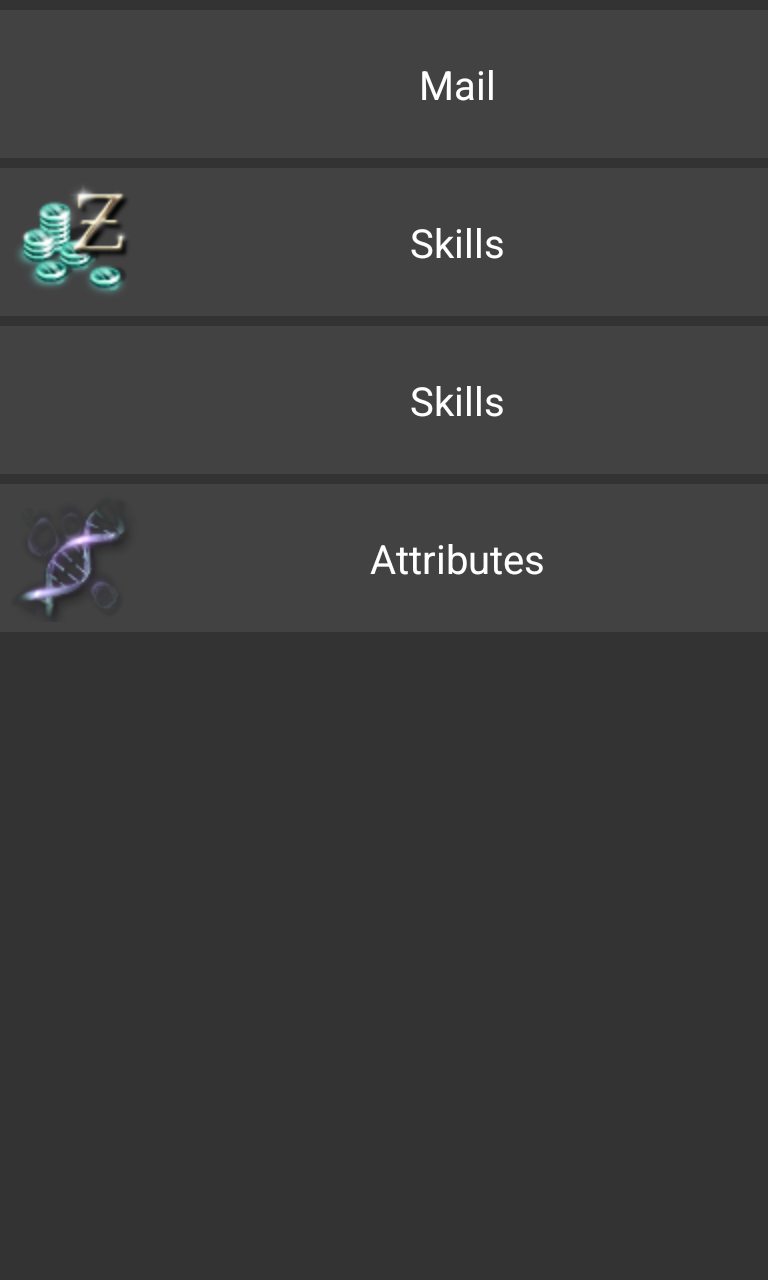
Repository: w9jds/Android-EveProfiler
Layout: EveProfiler/res/layout/drawerview.xml
These files come from the project's save history. The layout is drawn as it stood at one moment and after the next save; the edit follows.
It is drawn on a 768 x 1280 px phone screen (xhdpi) without system bars, with theme AppTheme; the app's code is not run.

Above is the layout before, as saved 2013-05-12 05:40:25.

After the next save:
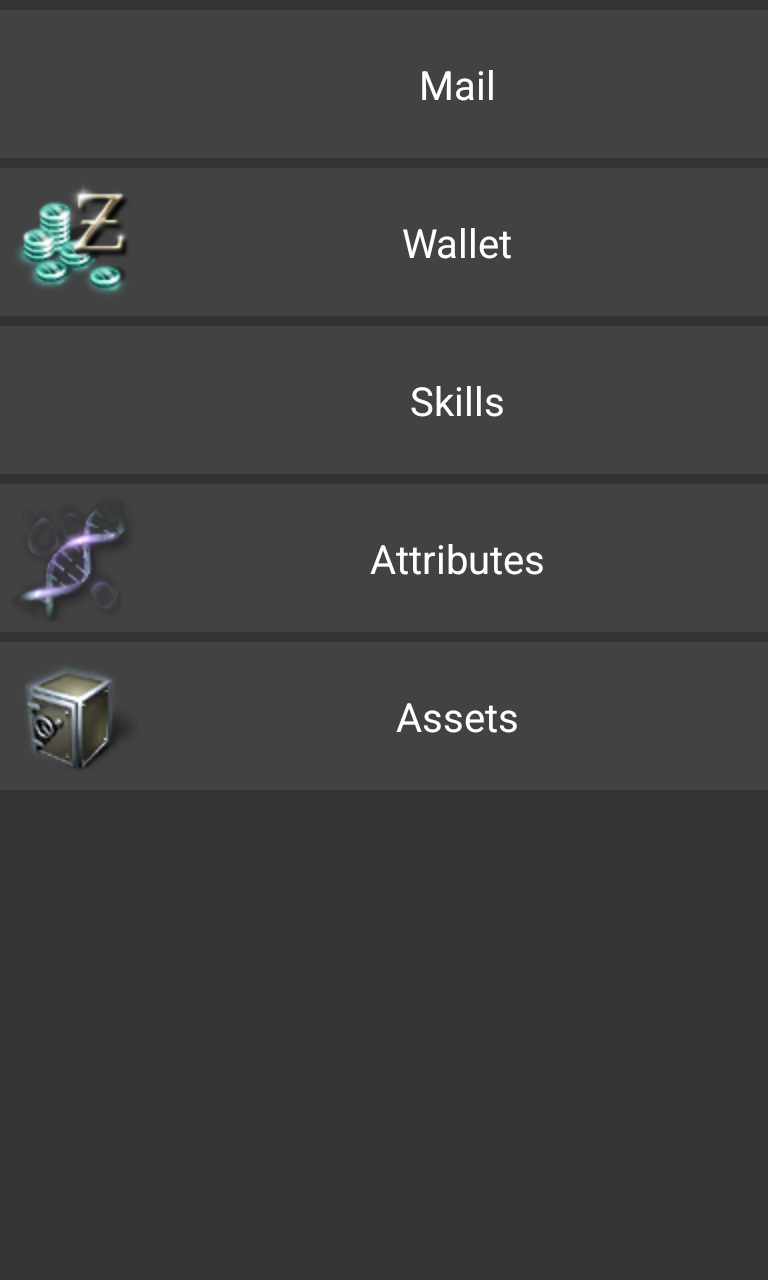
Saved 99 s later.
--- a/EveProfiler/res/layout/drawerview.xml
+++ b/EveProfiler/res/layout/drawerview.xml
@@ -73,7 +73,7 @@
                 android:layout_column="1"
                 android:layout_gravity="center"
                 android:layout_row="0"
-                android:text="Skills"
+                android:text="Wallet"
                 android:textColor="@color/white"
                 android:textSize="20sp" />
 
@@ -147,6 +147,40 @@
 
         </GridLayout>
 
+        <GridLayout
+            android:id="@+id/assets"
+            android:layout_width="fill_parent"
+            android:layout_height="wrap_content"
+            android:layout_marginBottom="5dp"
+            android:background="@color/lightgrey"
+            android:columnCount="2"
+            android:rowCount="1"
+            tools:targetApi="14" >
+
+            <ImageView
+                android:id="@+id/assetsPic"
+                android:layout_width="64dp"
+                android:layout_height="64dp"
+                android:layout_column="0"
+                android:layout_gravity="center"
+                android:layout_marginBottom="5dp"
+                android:layout_marginLeft="5dp"
+                android:layout_marginRight="5dp"
+                android:layout_marginTop="5dp"
+                android:layout_row="0"
+                android:src="@drawable/assets"/>
+
+            <TextView
+                android:id="@+id/assetsLabel"
+                android:layout_column="1"
+                android:layout_gravity="center"
+                android:layout_row="0"
+                android:text="Assets"
+                android:textColor="@color/white"
+                android:textSize="20sp" />
+
+        </GridLayout>
+
 
 
 
